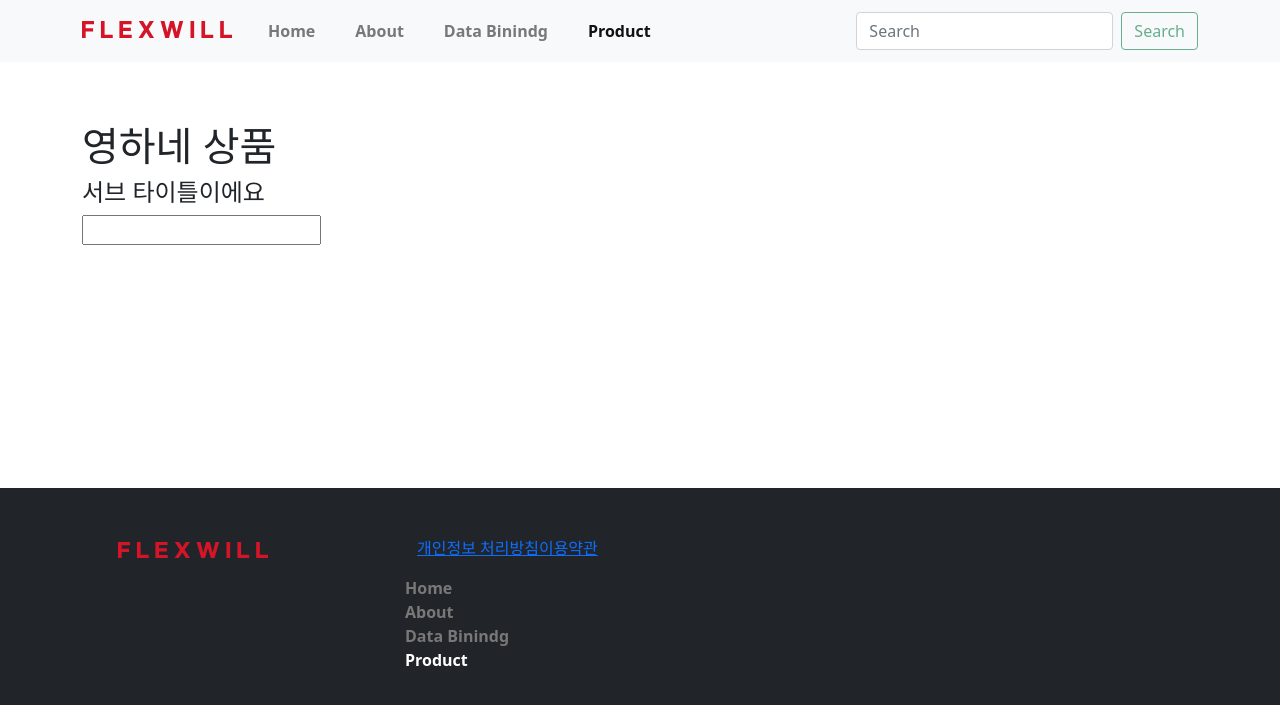
Repository: jang0ha/vue
Page: /product
An editor plug-in stored every save of this project. The page is shown before and after the next save, followed by the edit.
The browser window is 1280 px wide. The pictures show the whole page.
The project was rebuilt for these pictures with package versions that can differ from the ones it lists, and the page was loaded fresh each time. Also part of the build but not shown: vue.config.js, src/views/HomeView.vue, src/views/AboutView.vue.

Above is the page before, as saved 2022-04-19 11:52:49.

### src/main.js
import { createApp } from 'vue'
import App from './App.vue'
import router from './router'

import 'bootstrap/dist/css/bootstrap.css'



createApp(App).use(router).mount('#app')



import "bootstrap/dist/js/bootstrap.js";

### src/App.vue
<template>
    <div id="wrap">
        <Header />
        <!-- <Content /> -->
        <Footer />
    </div>
</template>

<style>
@import "./assets/css/layout.css";
</style>

<script>
import Header from"./components/layout/Header.vue";
// import Content from"./components/layout/Content.vue";
import Footer from"./components/layout/Footer.vue";

export default {
    name:"App",
    components:{
        Header,
        // Content,
        Footer,
    }
}
</script>

### src/router/index.js
// import { createRouter, createWebHistory } from 'vue'
import { createRouter, createWebHistory } from 'vue-router'
import HomeView from '../views/HomeView.vue'
import AboutView from '../views/AboutView.vue'
import DataBinding from '../views/DataBinding.vue'
import ProductView from '../views/ProductView.vue'

const routes = [
  {
    path: '/', //브라우저에서 접속하는 url 주소를 정의
    name: 'home',
    component: HomeView // 지정된path로 들어왔을 때 보여줄 vue 컴포넌트 , 앞으로 구현할 vue 파일을 연결하고, 해당파일을 실행
  },
  {
    path: '/about',
    name: 'about',
    // route level code-splitting  >> 라우트 레벨에서 코드를 분할하는 방법
    // this generates a separate chunk (about.[hash].js) for this route  >> 이 라우트에 대한 chunk파일이 분리되어 생성
    // which is lazy-loaded when the route is visited.  >> 이 라우트에 방문했을떄 지연로드 됩니다.
    // component: () => import(
      /* webpackChunkName: "about" */
    //   '../views/AboutView.vue'
    // )
    component: AboutView
  },
  {
    path: '/databinding',
    name: 'DataBinding',
    component:DataBinding
  },
  {
    path: '/product',
    name: 'ProductView',
    component:ProductView
  }
]

const router = createRouter({
  history: createWebHistory(process.env.BASE_URL),
  routes
})

export default router

### src/assets/css/layout.css
#app{
min-height: 100%;
 display: flex;
 flex-direction: column;
 overflow: hidden;
}
#content{
 flex-grow: 1;
 min-height:calc(100vh - 294px);
 padding:60px 0;
}

### src/components/layout/Header.vue
<template>
    <!-- <nav>
    <router-link to="/">Home</router-link> |
    <router-link to="/about">About</router-link>
    <router-link to="/databinding">Data Binindg</router-link>
    <router-link to="/product">Product</router-link>
  </nav> -->
    <div id="header-block">
        <header>
            <nav class="navbar navbar-expand-lg navbar-light bg-light">
                <div class="container">
                    <a class="navbar-brand" href="#">
                        <router-link to="/">
                            <img src="../../assets/images/logo.svg" alt="">
                        </router-link>
                    </a>
                    <button class="navbar-toggler" type="button" data-bs-toggle="collapse" data-bs-target="#navbarSupportedContent" aria-controls="navbarSupportedContent" aria-expanded="false" aria-label="Toggle navigation">
                        <span class="navbar-toggler-icon"></span>
                    </button>
                    <div class="collapse navbar-collapse" id="navbarSupportedContent">
                        <ul class="navbar-nav me-auto mb-2 mb-lg-0">
                            <li class="nav-item">
                                <router-link to="/">Home</router-link>
                            </li>
                            <li class="nav-item">
                                <router-link to="/about">About</router-link>
                            </li>
                            <li class="nav-item dropdown">
                                <router-link to="/databinding">Data Binindg</router-link>
                            </li>
                            <li class="nav-item">
                                <router-link to="/product">Product</router-link>
                            </li>
                        </ul>
                        <form class="d-flex">
                            <input class="form-control me-2" type="search" placeholder="Search" aria-label="Search" v-model="textValue">
                            <button class="btn btn-outline-success" type="submit" v-bind:disabled="textValue==''">Search</button>
                        </form>
                    </div>
                </div>
            </nav>
        </header>
    </div>

    <router-view />


</template>


<style>
@import "../../assets/css/header.css";
</style>

<script>

export default {
    name : 'header-nav',//컴포넌트 이름
    components: {}, //다른 컴포넌트 사용 시 컴포넌트를 import하고, 배열로 저장
    data(){ //html과 자바스크립트 코드에서 사용할 데이터 변수 선언
        return {
            textValue: '',
        };
    },
    setup(){}, // 컴포지션Api
    created(){}, //컴포넌트가 생성되면 실행
    mounted() {}, //templete에 정의된 html 코드가 랜더링 된 후 실행
    unmounted() {}, //unmount가 완료 된 후 실행
    methods: {}, //컴포넌트 내에서 사용할 메소드 정의
}
</script>

### src/components/layout/Footer.vue
<template>
    <div id="footer-block">
        <footer>
            <div class="bg-dark text-white">
                <div class="container p-5">
                    <div class="row row-0">
                        <div class="col-lg-3">
                                <router-link to="/">
                                    <img src="../../assets/images/logo.svg" alt="로고이미지" class="logo">
                                </router-link>
                        </div>
                        <div class="col-lg-9">
                            <ul class="d-flex">
                                <li><a href="">개인정보 처리방침</a></li>
                                <li class="ml-3"><a href="">이용약관</a></li>
                            </ul>
                            <ul class="navbar-nav me-auto mb-2 mb-lg-0">
                                <li class="nav-item">
                                <router-link to="/">
                                    Home
                                </router-link>
                                </li>
                                <li class="nav-item">
                                <router-link to="/about">About</router-link>
                                </li>
                                <li class="nav-item dropdown">
                                <router-link to="/databinding">Data Binindg</router-link>
                                </li>
                                <li class="nav-item">
                                <router-link to="/product">Product</router-link>
                                </li>
                            </ul>
                        </div>
                    </div>
                </div>
            </div>
        </footer>
    </div>
</template>

<style>
@import "../../assets/css/footer.css";

</style>

<script>
export default {
    name : 'footer-nav',//컴포넌트 이름
    components: {}, //다른 컴포넌트 사용 시 컴포넌트를 import하고, 배열로 저장
    data(){ //html과 자바스크립트 코드에서 사용할 데이터 변수 선언
        return {
            textValue: '',
        };
    },
    setup(){}, // 컴포지션Api
    created(){}, //컴포넌트가 생성되면 실행
    mounted() {}, //templete에 정의된 html 코드가 랜더링 된 후 실행
    unmounted() {}, //unmount가 완료 된 후 실행
    methods: {}, //컴포넌트 내에서 사용할 메소드 정의
}
</script>

### src/views/DataBinding.vue
<template>
    <div id="content" class="content">
        <div class="container">
            <div class="databinding">
                <h1>hello, {{title}}</h1>

                <div>
                    <div>{{htmlString}}</div>
                    <div v-html="htmlString"></div>

                    <br><br><br><br>

                    <label for="1"><input type="checkbox" name="" id="1" v-model="checked" value="서울">서울</label>
                    <label for="2"><input type="checkbox" name="" id="2" v-model="checked" value="부산">부산</label>
                    <label for="3"><input type="checkbox" name="" id="3" v-model="checked" value="제주">제주</label>
                    <br>
                    <span>체크한 지역 {{checked}}</span>
                    <br><br><br><br>
                    <label for="4"><input type="radio" name="" id="4" v-model="picked" value="서울">서울</label>
                    <label for="5"><input type="radio" name="" id="5" v-model="picked" value="부산">부산</label>
                    <label for="6"><input type="radio" name="" id="6" v-model="picked" value="제주">제주</label>
                    <br>
                </div>
            </div>
        </div>

    </div>
</template>
<script>
export default {
    data(){ //html과 자바스크립트 코드에서 사용할 데이터 변수 선언
        return {
            title : "데이터 바인딩~!@!@!@!@!@!@ ",
            htmlString:'<p style="color: red;">나는 문어~ </p>',
            checked: [],
            picked:[],
            textValue :"",
            isActive:"true",
            hasError:"false"

        };
    },
}
</script>

<style>
    button{background:#111; color:#fff; outline:0;}
    button:disabled{background:#ededed;}
    .active{
        background:#ededed; color:blue; font-size:30px; font-weight: bold;

    }
    .fail {
        background:red; color:white; font-size:30px;font-weight: bold;
    }
</style>

### src/views/ProductView.vue
<template>
    <div id="content" class="content">
        <div class="container">
            <h1>{{ title}}</h1>
            <h4>{{subtitle}}</h4>

            <input type="text" v-model="input1" name="" id="">
        </div>
    </div>
</template>
<script>
export default {
    data() { //html과 자바스크립트 코드에서 사용할 데이터 변수 선언
        return {
            title: "영하네 상품",
            subtitle: "서브 타이틀이에요",
            input1:"",
        };
    },
}
</script>

<style>
</style>

### src/assets/css/header.css
.nav-item a{padding: 0 20px; text-decoration: none; color:#787878; font-weight:bold;}
.nav-item a:hover{color:#111;}
.router-link-active{ color:#111!important;}
.navbar-brand{
    width:150px;
    height:46px;
}

### src/assets/css/footer.css
footer .logo{width:150px;}
ul li{list-style: none;}


/* ------------------------------------------------------------ */
footer .nav-item a{padding: 0 20px; text-decoration: none; color:#787878; font-weight:bold;}
footer .nav-item a:hover{color:#fff;}
footer .router-link-active{ color:#fff!important;}
footer .navbar-brand{width:150px;height:46px;}

Loaded but not shown: public/index.html (common file)

After the next save:
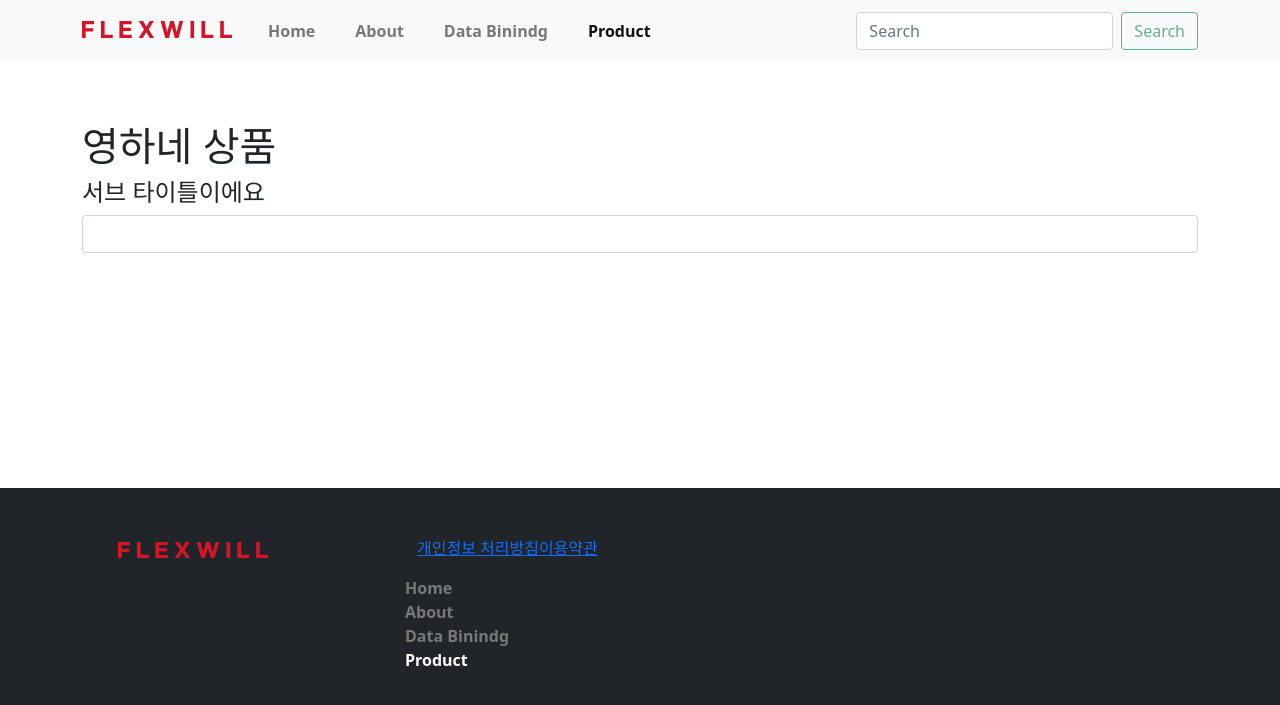
Saved 15 s later.
--- a/src/views/ProductView.vue
+++ b/src/views/ProductView.vue
@@ -4,7 +4,7 @@
             <h1>{{ title}}</h1>
             <h4>{{subtitle}}</h4>
 
-            <input type="text" v-model="input1" name="" id="">
+            <input type="text" v-model="input1" name="" id="" class="form-control">
         </div>
     </div>
 </template>
